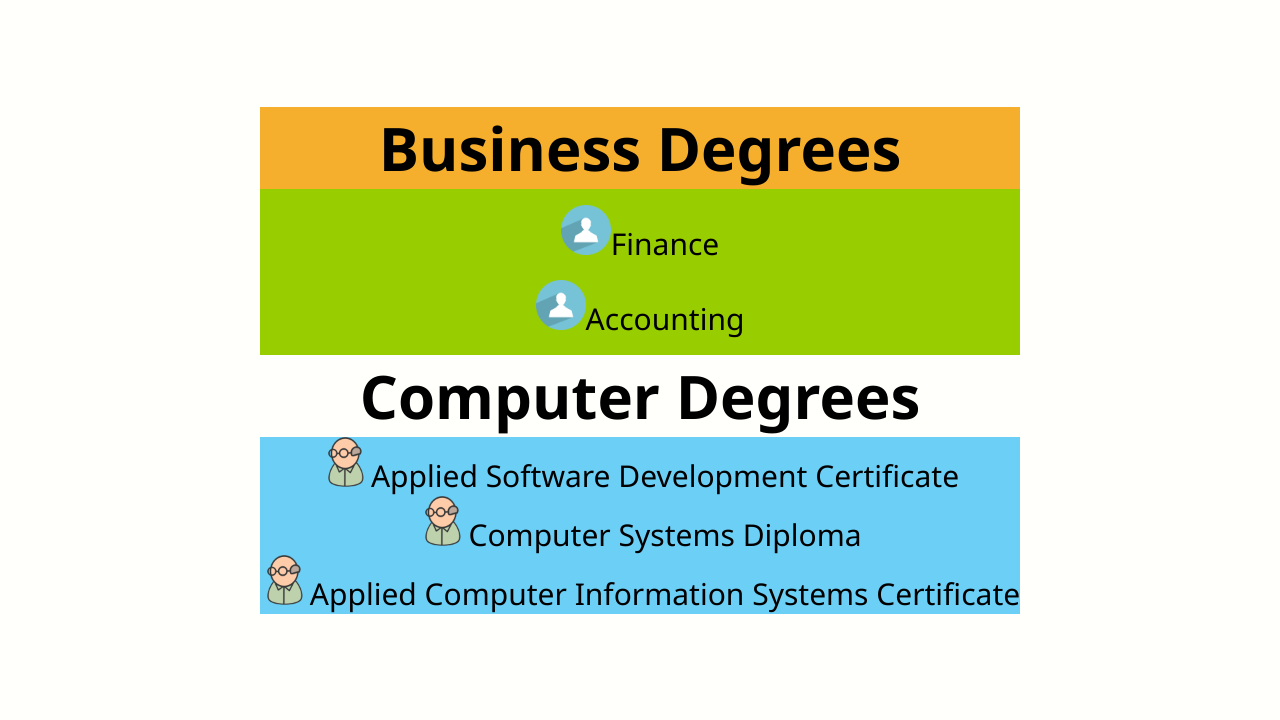
Repository: NeemaToto/mdia2109week3
Page: /
These files come from the project's save history. The page is drawn as it stood at one moment and after the next save; the edit follows.
The browser window is 1280 px wide. The pictures show the whole page.
The project was rebuilt for these pictures with package versions that can differ from the ones it lists, and the page was loaded fresh each time. The framework's server and built-in components were replaced by stand-ins that run in the browser. Also part of the build but not shown: next.config.js.

Above is the page before, as saved 2023-01-19 13:02:58.

After the next save:
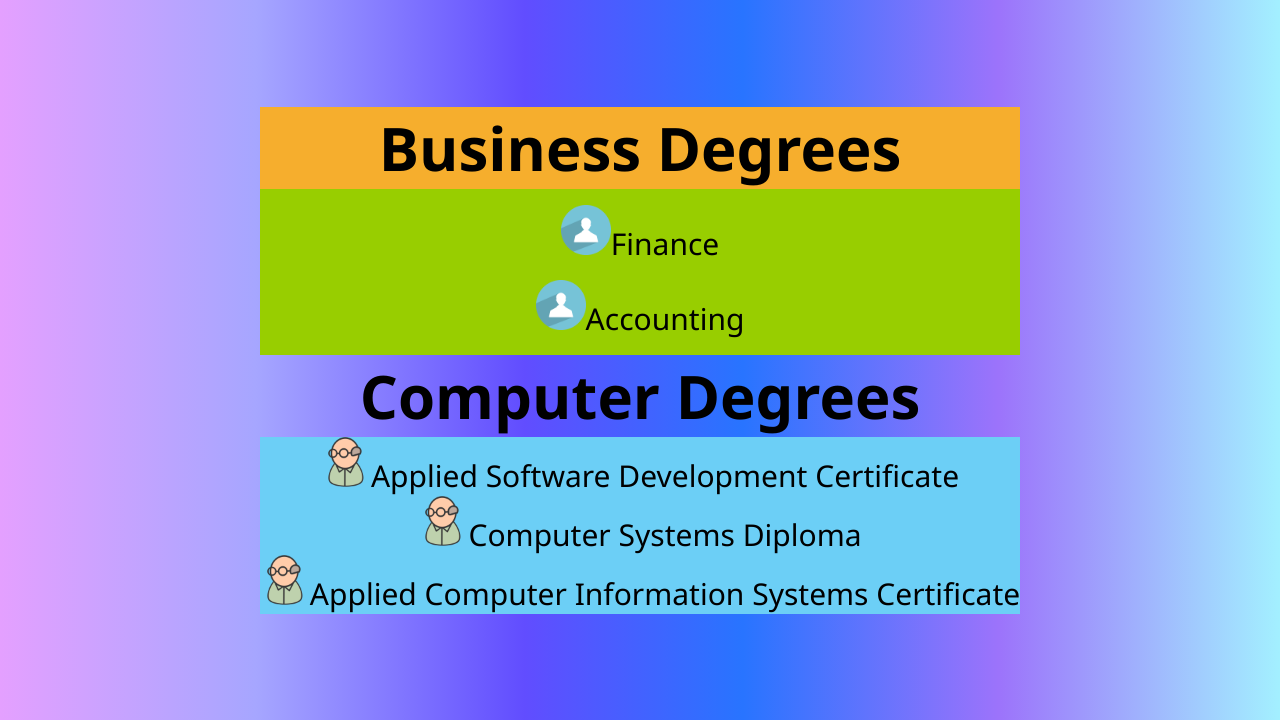
Saved 95 min 3 s later.
--- a/styles/Home.module.css
+++ b/styles/Home.module.css
@@ -5,7 +5,8 @@
   align-items: center;
   padding: 6rem;
   min-height: 100vh;
-  background-color: #FFFFFC;
+  background: rgb(228,160,255);
+background: linear-gradient(90deg, rgba(228,160,255,1) 0%, rgba(166,166,255,1) 20%, rgba(97,77,255,1) 41%, rgba(40,116,255,1) 58%, rgba(156,115,251,1) 78%, rgba(163,240,255,1) 100%);
 }
 
 .description {
